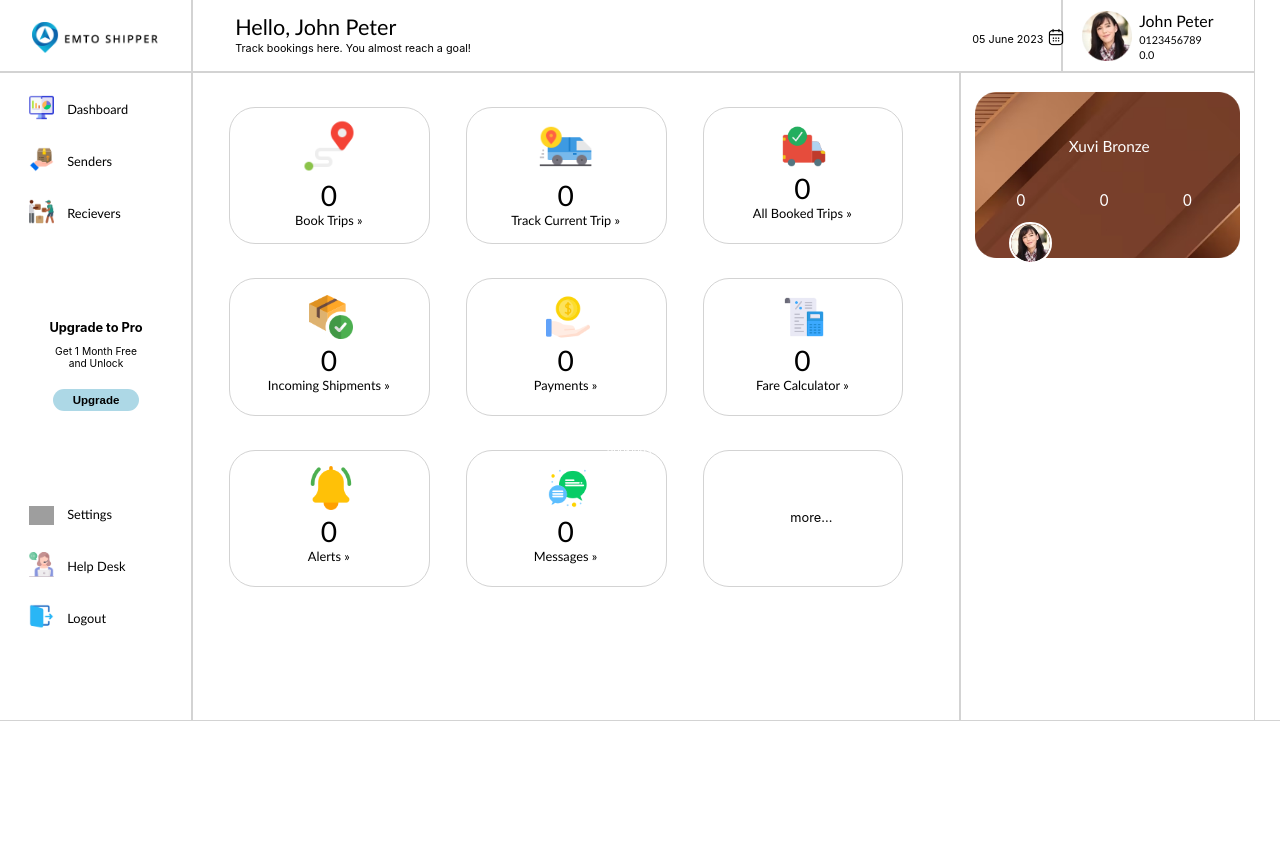
Repository: RoshanArun/Emto-Web
Page: /dashboard (app in emto/reactfirst/)
These files come from the project's save history. The page is drawn as it stood at one moment and after a run of saves; the edit follows.
The browser window is 1280 px wide. The pictures show the whole page.
Pictures or frames that could not be fetched are drawn as grey boxes. The project was rebuilt for these pictures with package versions that can differ from the ones it lists, and the page was loaded fresh each time. Also part of the build but not shown: emto/reactfirst/src/pages/SignUp/SignUp.css, emto/reactfirst/src/pages/SignUp/SignUp.js, emto/reactfirst/src/pages/Login/Login.js.

Above is the page before, as saved 2023-07-30 02:37:02.

### emto/reactfirst/src/App.js
import React from 'react';
import './pages/Login/Login.css';
import './pages/SignUp/SignUp.css';
import './pages/DashBoard/DashBoard.css';

import { BrowserRouter as Router, Routes, Route }
    from 'react-router-dom';

import SignUp from './pages/SignUp/SignUp';
import Login from './pages/Login/Login';
import DashBoard from './pages/DashBoard/DashBoard';


function App() {
    return (
        <Router>
            <Routes>
                <Route exact path='/' element={<Login />} />
                <Route path='/sign-up' element={<SignUp />} />
                <Route path='/dashboard' element={<DashBoard />} />
            </Routes>
        </Router>
    );
}

export default App;

### emto/reactfirst/src/pages/Login/Login.css
.wrapper {
  width: 100%;
  height: 100%;
  display: flex;
  flex-basis: 100%;
}

.page-left {
  width: 30%;
  min-width: 250px;
  height: 100vh;
  min-height: 570px;
  background-color: #f5f5f5;
}

.page-right {
  width: 100%;
  height: 75vh;
  background-color: #ffffff;
}

.logo {
  width: 60%;
  padding-top: 5%;
  padding-left: 5%;
  padding-bottom: 35%;
}

.truck {
  width: 100%;
  padding-bottom: 10%;
}

.emtocaption {
  width: 65%;
  padding-left: 7%;
  padding-bottom: 5%;
}

.loginbox {
  width: 85%;
  background-color: white;
  border-radius: 25px;
  margin-left: 5%;
  padding-left: 5%;
  padding-top: 2%;
  padding-bottom: 10%;
}

.details {
  font-size: 13px;
  font-family: 'Gill Sans', 'Gill Sans MT', Calibri, 'Trebuchet MS', sans-serif;
  padding-bottom: 8%;
}

.link {
  font-size: 10px;
  font-family: 'Gill Sans', 'Gill Sans MT', Calibri, 'Trebuchet MS', sans-serif;
}

.signin-content {
  height: 85%;
  width: 240px;
  margin-left: auto;
  margin-right: auto;
  padding-top: 30vh;
  min-height: 300px;
}

.signin-label {
  font-size: 27px;
  padding-bottom: 10%;
  padding-right: 30%;
  font-family: 'Gill Sans', 'Gill Sans MT', Calibri, 'Trebuchet MS', sans-serif;
  float: left;
}

.num-label {
  float: left;
  font-size: 12px;
  margin-bottom: 7px;
  font-family: 'Gill Sans', 'Gill Sans MT', Calibri, 'Trebuchet MS', sans-serif;
}

.numinput {
  border-radius: 5px;
  border: 1px solid lightgrey;
  height: 35px;
  width: 235px;
  float: left;
}

input::-webkit-inner-spin-button {
  -webkit-appearance: none;
  margin: 0;
}

.small {
  display: block;
  margin-bottom: -10px;
}

.invalidnumber {
  font-size: 8px;
  float: right;
  color: red;
}

.OTP-label {
  float: left;
  font-size: 11px;
  margin-right: 200px;
  margin-bottom: 7px;
  font-family: 'Gill Sans', 'Gill Sans MT', Calibri, 'Trebuchet MS', sans-serif;
}

.OTPNUM-input {
  width: 50px;
  height: 50px;
  border-radius: 5px;
  border: 1px solid lightgrey;
  position: relative;
  margin-right: 6px;
}

.OTPNUM-inputend {
  width: 50px;
  height: 50px;
  border-radius: 5px;
  border: 1px solid lightgrey;
  position: relative;
}

.invalidOTP {
  font-size: 8px;
  float: right;
  color: red;
}

.submit-button {
  width: 240px;
  height: 35px;
  background-color: #0d69ae;
  color: white;
  border-radius: 5px;
  border: 1px solid lightgrey;
  font-family: 'Gill Sans', 'Gill Sans MT', Calibri, 'Trebuchet MS', sans-serif;
  font-size: 11px;
  margin-top: 10px;
}

.bottom {
  height: 5%;
  margin-top: 1.5%;
  width: 100%;
  font-size: 9px;
  font-family: 'Gill Sans', 'Gill Sans MT', Calibri, 'Trebuchet MS', sans-serif;
}

.terms {
  margin-left: 5px;
  float: left;
}

.language {
  font-size: 9px;
  float: right;
  font-family: 'Gill Sans', 'Gill Sans MT', Calibri, 'Trebuchet MS', sans-serif;
  padding: 3px;
  margin-right: 10px;
}

.radio-button {
  float: right;
  height: 10px;
  width: 10px;
}

@media (max-width: 600px) {
  .wrapper {
    flex-wrap: wrap;
  }

  div {
    flex-basis: 33%;
  }

  .page-left {
    width: 100%;
    min-width: 100%;
    height: 100%;
    background-color: #f5f5f5;
  }

  .box {
    width: 85%;
    background-color: white;
    border-radius: 25px;
    margin-left: 5%;
    padding-left: 5%;
    padding-top: 2%;
    padding-bottom: 5%;
    margin-bottom: 5%;
  }

  .page-right {
    width: 100%;
    min-width: 100%;
    height: 150vw;
    background-color: #f5f5f5;
  }

  .signin-content {
    height: 85%;
    width: 240px;
    padding-top: 25vh;
    text-align: center;

  }
}

### emto/reactfirst/src/pages/DashBoard/DashBoard.css
.dash {
  height: 100vh;
  width: 100vw;
  outline: 1px solid lightgray;
  min-width: 1025px;;
  display: flex;
  flex-wrap: wrap;
}

.top-logo {
  width: 15vw;
  height: 10vh;
  outline: 1px solid lightgray;
  min-height: 55px;;
  min-width: 150px;;
}

.top-intro {
  width: 68vw;
  height: 10vh;
  outline: 1px solid lightgray;
  min-width: 450px;
  min-height: 55px;;
  min-width: 680px;;
}

.top-profile {
  width: 15vw;
  height: 10vh;
  outline: 1px solid lightgray;
  min-width: 100px;
  min-height: 55px;;
  min-width: 165px;;
}

.bottom-options {
  width: 15vw;
  height: 90vh;
  outline: 1px solid lightgray;
  min-height: 450px;
  min-width: 150px;;
}

.bottom-info {
  width: 60vw;
  height: 90vh;
  outline: 1px solid lightgray;
  min-width: 600px;;
}

.bottom-profile {
  width: 23vw;
  height: 90vh;
  outline: 1px solid lightgray;
  min-width: 250px;
}


.dashboardlogo {
  width: 17.5vh;
  margin-top: 3vh;
  margin-left: 2.5vw;
  min-width: 100px;
}

.dashboardicon {
  margin-top: 12%;
  margin-left: 15%;
  width: 13%;
  min-width: 20px;
}

.dashboardlabels {
  margin-left: 7%;
  font-size: 1vw;
  position: relative;
  bottom: .5vw;
  font-family: 'Gill Sans', 'Gill Sans MT', Calibri, 'Trebuchet MS', sans-serif;
  color: black;
}

.pro {
  font-size: 1.0vw;
  font-weight: bold;
  text-align: center;
  display: block;
  margin-bottom: 5%;
  margin-top: 10vh;
}

.unlock {
  display: block;
  font-size: .8vw;
  word-wrap: break-word;
  text-align: center;

}

.unlock2 {
  font-size: .8vw;
  text-align: center;
  display: block;

}

.upgrade {
  background-color: lightblue;
  border: none;
  border-radius: 15px;
  width: 45%;
  height: 3.5%;
  margin-left: auto;
  margin-right: auto;
  display: grid;
  margin-bottom: 10vh;
  text-align: center;
  font-size: .9vw;
  font-weight: bold;
  align-items: center;
}

.intro {
  font-size: 3vh;
  font-family: 'Gill Sans', 'Gill Sans MT', Calibri, 'Trebuchet MS', sans-serif;
  padding-left: 6vh;
  margin-top: 2vh;
  display: inline-block;
}

.introsub {
  margin-left: 6vh;
  font-size: 1.5vh;
  margin-top: 2px;
  display: flex;
}


.Calender {
  position: relative;
  left: 45vw;
  top: 1vh;
  font-size: 1.5vh;
}

.calenderIcon {
  width: 2.5vh;
  position: relative;
  left: 45.25vw;
  top: 1.5vh;
  font-size: 1.5vh;
}

.profileIcon {
  width: 7vh;
  margin-left: 10%;
  margin-top: 1.5vh;
  min-width: 40px
}

.userLabel {
  margin-left: 6vw;
  font-size: 2.2vh;
  position: relative;
  bottom: 7.5vh;
  font-family: 'Gill Sans', 'Gill Sans MT', Calibri, 'Trebuchet MS', sans-serif;
  color: black;
  display: block;
  margin-bottom: -17.5px
}

.userLabel2 {
  margin-left: 6vw;
  font-size: 1.5vh;
  position: relative;
  bottom: 7.5vh;
  font-family: 'Gill Sans', 'Gill Sans MT', Calibri, 'Trebuchet MS', sans-serif;
  color: black;
  display: block;
  margin-bottom: -17.5px
}

.box {
  margin-top: 5vh;
  height: 6vh;
  width: 12.5vw;
  outline: 1px solid lightgray;
  display: inline-block;
  vertical-align: top;
  background-color: white;
  border-radius: 25px;
  margin-left: 5%;
  padding-left: 5%;
  padding-top: 2%;
  padding-bottom: 10%;
  min-width: 130px;
  min-height: 40px;

}

.boximage {
  width: 35%;
  margin-left: 20%;
  margin-top: -5px;
  margin-right: auto;
}

.boximage2 {
  width: 27.5%;
  margin-left: 25%;

}

.boxLabel {
  display: block;
  margin-left: 32.5%;
  font-size: 2.2vw;
  font-family: 'Gill Sans', 'Gill Sans MT', Calibri, 'Trebuchet MS', sans-serif;

}

.boxlabel2 {
  display: block;
  font-size: 1vw;
  text-align: center;
  margin-left: -25%;
  margin-top: -20px;
  font-family: 'Gill Sans', 'Gill Sans MT', Calibri, 'Trebuchet MS', sans-serif;
}

.more {
  margin-left: 30%;
  margin-top: 27.5%;
  display: block;
  font-size: 1vw;
}

.bronze{
  width: 90%;
  margin-top: 20px;
  margin-left: 5%;
}

.bronzelabel{
  position: absolute;;
  display: flex;
  left: 83.5%;
  top: 19vh;
  min-width: 35px;
  min-height: 35px;
  font-size: 1.2vw;
  color: white;
  font-family: 'Gill Sans', 'Gill Sans MT', Calibri, 'Trebuchet MS', sans-serif;

}

.bronzeicon{
  width: 3vw;
  position: absolute;;
  display: flex;
  left: 79%;
  top: 17.5vw;
  outline: 2px solid white;
  border-radius: 205px;
  min-width: 35px;
  min-height: 35px;
}

.bronzeInformation{
  position: relative;
  left: 19%;
  top: -10vh;
  margin-right: 25%;
  min-width: 35px;
  min-height: 35px;
  font-size: 1.2vw;
  color: white;
}


.bronzeInformation2{
  display: flex;
  position: relative;
  right: 120%;
  margin-top: 55%;
  margin-right: 2.5vw;
  font-size: .8vw;
  color: white;
 }

.bo2{
  margin-top: 5vh;
  height: 25vh;
  width: 20vw;
  display: flex;
  vertical-align: top;
  background-color: white;
  margin-left: 10%;
  min-width: 130px;
  min-height: 130px;
  outline: 2px solid black;

}

### emto/reactfirst/src/pages/DashBoard/DashBoard.js
import React from 'react';
import IMAGES from '../../Components';

const DashBoard = () => {
    return (
        <div class="DashBoard">
            <meta name="viewport" content="width=device-width, initial-scale=1.0" />
            <div class="wrapper">
                <div class="dash">
                    <div class="top-logo">
                        <img src={IMAGES.emtologo} class="dashboardlogo" alt="dashboardlogo" /><br></br>
                    </div>
                    <div class="top-intro">
                        <label class="intro">Hello, John Peter</label>
                        <label class="Calender">05 June 2023</label>
                        <img src={IMAGES.calender} class="calenderIcon" alt="dashboardlogo" /><br></br>
                        <label class="introsub">Track bookings here. You almost reach a goal!</label>
                    </div>
                    <div class="top-profile">
                        <img src={IMAGES.profile} class="profileIcon" alt="dashboardlogo" />
                        <label class="userLabel">John Peter</label><br></br>
                        <label class="userLabel2">0123456789</label><br></br>
                        <label class="userLabel2">0.0</label><br></br>
                    </div>

                    <div class="bottom-options">
                        <img src={IMAGES.dashboard} class="dashboardicon" alt="dashboardlogo" /><label class="dashboardlabels">Dashboard</label><br></br>
                        <img src={IMAGES.senders} class="dashboardicon" alt="dashboardlogo" /><label class="dashboardlabels">Senders</label><br></br>
                        <img src={IMAGES.recievers} class="dashboardicon" alt="dashboardlogo" /><label class="dashboardlabels">Recievers</label><br></br><br></br>
                        <label class="pro">Upgrade to Pro</label>
                        <label class="unlock">Get 1 Month Free</label>
                        <label class="unlock2">and Unlock</label><br></br>
                        <button class="upgrade">Upgrade</button>
                        <img src={IMAGES.settings} class="dashboardicon" alt="dashboardlogo" /><label class="dashboardlabels">Settings</label><br></br>
                        <img src={IMAGES.csx} class="dashboardicon" alt="dashboardlogo" /><label class="dashboardlabels">Help Desk</label><br></br>
                        <img src={IMAGES.logout} class="dashboardicon" alt="dashboardlogo" /><label class="dashboardlabels">Logout</label><br></br>
                    </div>

                    <div class="bottom-info">
                        <div class="box">
                            <img src={IMAGES.booktrips} class="boximage" alt="dashboardlogo" />
                            <label class="boxLabel">0</label><br></br>
                            <label class="boxlabel2">Book Trips 	&#187;</label>
                        </div>
                        <div class="box">
                            <img src={IMAGES.currenttTrips} class="boximage" alt="dashboardlogo" />
                            <label class="boxLabel">0</label><br></br>
                            <label class="boxlabel2">Track Current Trip	&#187;</label>
                        </div>
                        <div class="box">
                            <img src={IMAGES.bookedTrips} class="boximage2" alt="dashboardlogo" />
                            <label class="boxLabel">0</label><br></br>
                            <label class="boxlabel2">All Booked Trips	&#187;</label>
                        </div>
                        <div class="box">
                            <img src={IMAGES.incomingShipments} class="boximage2" alt="dashboardlogo" />
                            <label class="boxLabel">0</label><br></br>
                            <label class="boxlabel2">Incoming Shipments	&#187;</label>
                        </div>
                        <div class="box">
                            <img src={IMAGES.payments} class="boximage2" alt="dashboardlogo" />
                            <label class="boxLabel">0</label><br></br>
                            <label class="boxlabel2">Payments	&#187;</label>
                        </div>
                        <div class="box">
                            <img src={IMAGES.fareCalc} class="boximage2" alt="dashboardlogo" />
                            <label class="boxLabel">0</label><br></br>
                            <label class="boxlabel2">Fare Calculator	&#187;</label>
                        </div>
                        <div class="box">
                            <img src={IMAGES.alerts} class="boximage2" alt="dashboardlogo" />
                            <label class="boxLabel">0</label><br></br>
                            <label class="boxlabel2">Alerts	&#187;</label>
                        </div>
                        <div class="box">
                            <img src={IMAGES.messages} class="boximage2" alt="dashboardlogo" />
                            <label class="boxLabel">0</label><br></br>
                            <label class="boxlabel2">Messages	&#187;</label>
                        </div>
                        <div class="box">
                            <label class="more">more...</label><br></br>
                        </div>
                    </div>

                    <div class="bottom-profile">
                        <div class='box2'>
                            <img src={IMAGES.bronze} class="bronze" alt="dashboardlogo" />
                            <img src={IMAGES.profile} class="bronzeicon" alt="dashboardlogo" />
                            <label class="bronzelabel">Xuvi Bronze</label><br></br>
                            <label class="bronzeInformation">0</label>
                            <label class="bronzeInformation">0</label>
                            <label class="bronzeInformation">0</label>
                            <label class="bronzeInformation2">Bookings</label><br></br>
                            <label class="bronzeInformation2">Pending Payments</label><br></br>
                            <label class="bronzeInformation2">Points</label><br></br>

                        </div>


                        {/* <img src={IMAGES.bronze} class="box-banner2" alt="dashboardlogo" /> */}
                    </div>
                </div>
            </div>
        </div>
    );
}
export default DashBoard;

### emto/reactfirst/src/Components/index.js
const IMAGES = {
    emtocaption: require('./emto-caption.png'),
    emtotruck: require('./emtotruck.jpg'),
    emtologo: require('./emto-logo.png'),

    dashboard: require('./business-report.png'),
    senders: require('./senders.png'),
    recievers: require('./recievers.png'),

    settings: require('./settings.png'),
    csx: require('./customer-service.png'),
    logout: require('./logout.png'),

    calender: require('./calendar.png'),
    profile: require('./profile.png'),

    booktrips: require('./destination.png'),
    currenttTrips: require('./tracking.png'),
    bookedTrips: require('./truck.png'),
    incomingShipments: require('./approval.png'),
    payments: require('./cash-payment.png'),
    fareCalc: require('./calculator.png'),
    alerts: require('./bell.png'),
    messages: require('./chat-box.png'),

    bronze: require('./bronze-bg.png')
}

export default IMAGES;

Loaded but not shown: emto/reactfirst/public/index.html (common file); emto/reactfirst/src/index.js (common file); emto/reactfirst/src/index.css (common file); emto/reactfirst/src/reportWebVitals.js (common file)

After the next 4 saves:
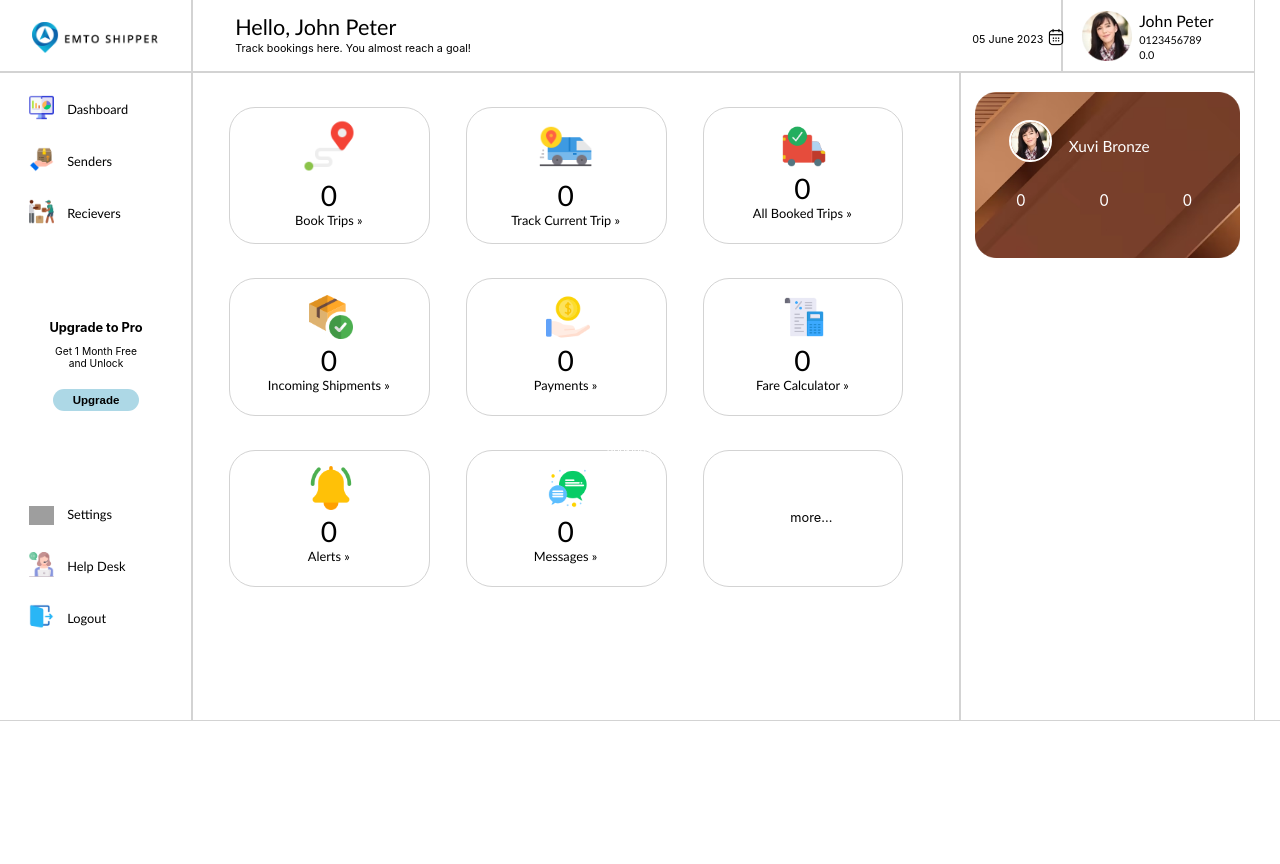
The 4 saves are shown as one change because they came seconds apart.
The last was saved 11 s later.
--- a/emto/reactfirst/src/pages/DashBoard/DashBoard.css
+++ b/emto/reactfirst/src/pages/DashBoard/DashBoard.css
@@ -258,7 +258,7 @@
   position: absolute;;
   display: flex;
   left: 79%;
-  top: 17.5vw;
+  top: 9.5vw;
   outline: 2px solid white;
   border-radius: 205px;
   min-width: 35px;
